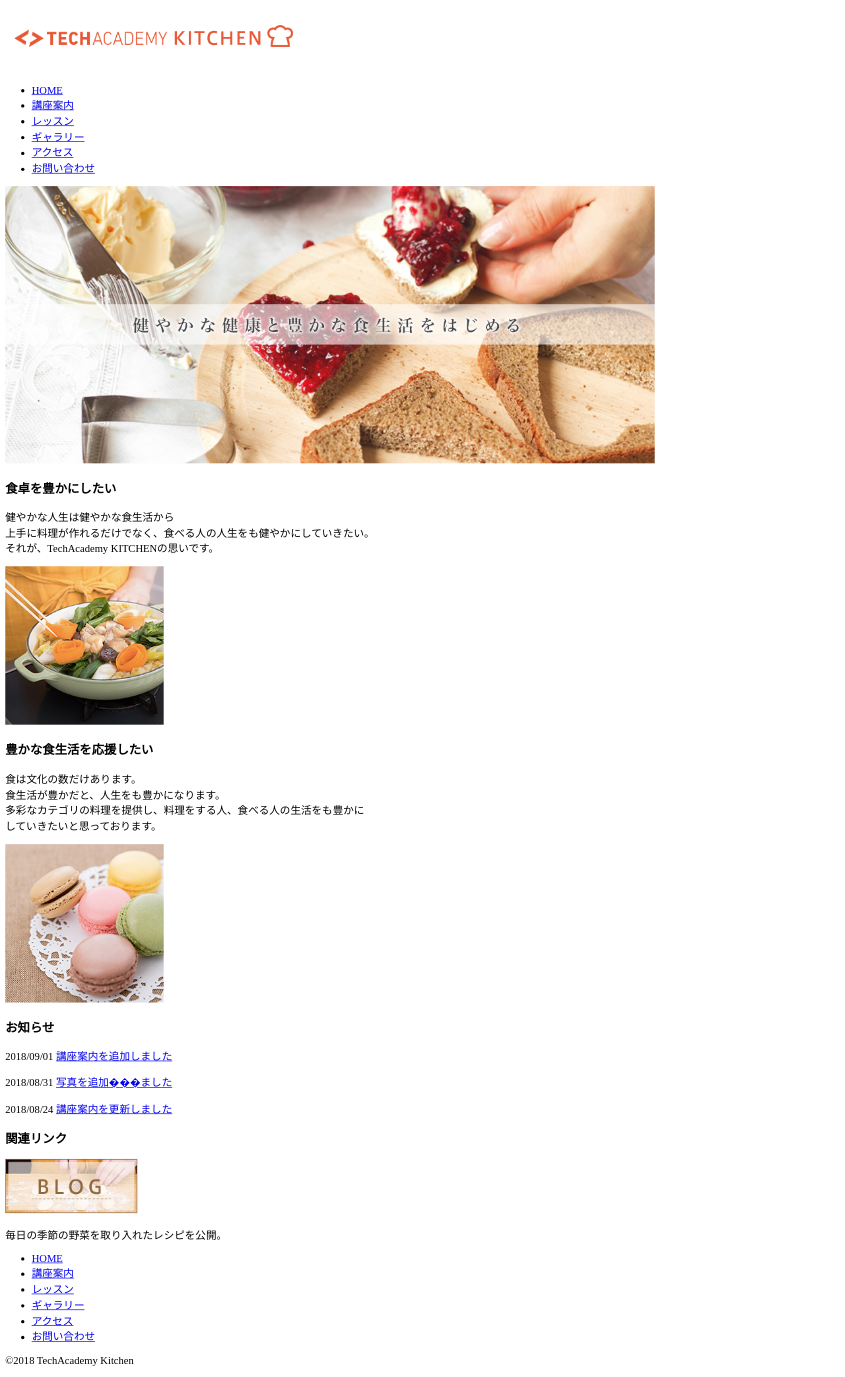
Repository: niwabarubossa/microposts
Page: kitchen.html
The author's editor kept a record of every edit. The page is drawn from the files as they stood at one moment, then again after the next edit.
The browser window is 1280 px wide. The pictures show the whole page, at 66% of full size.

Above is the page before.

After the next edit:
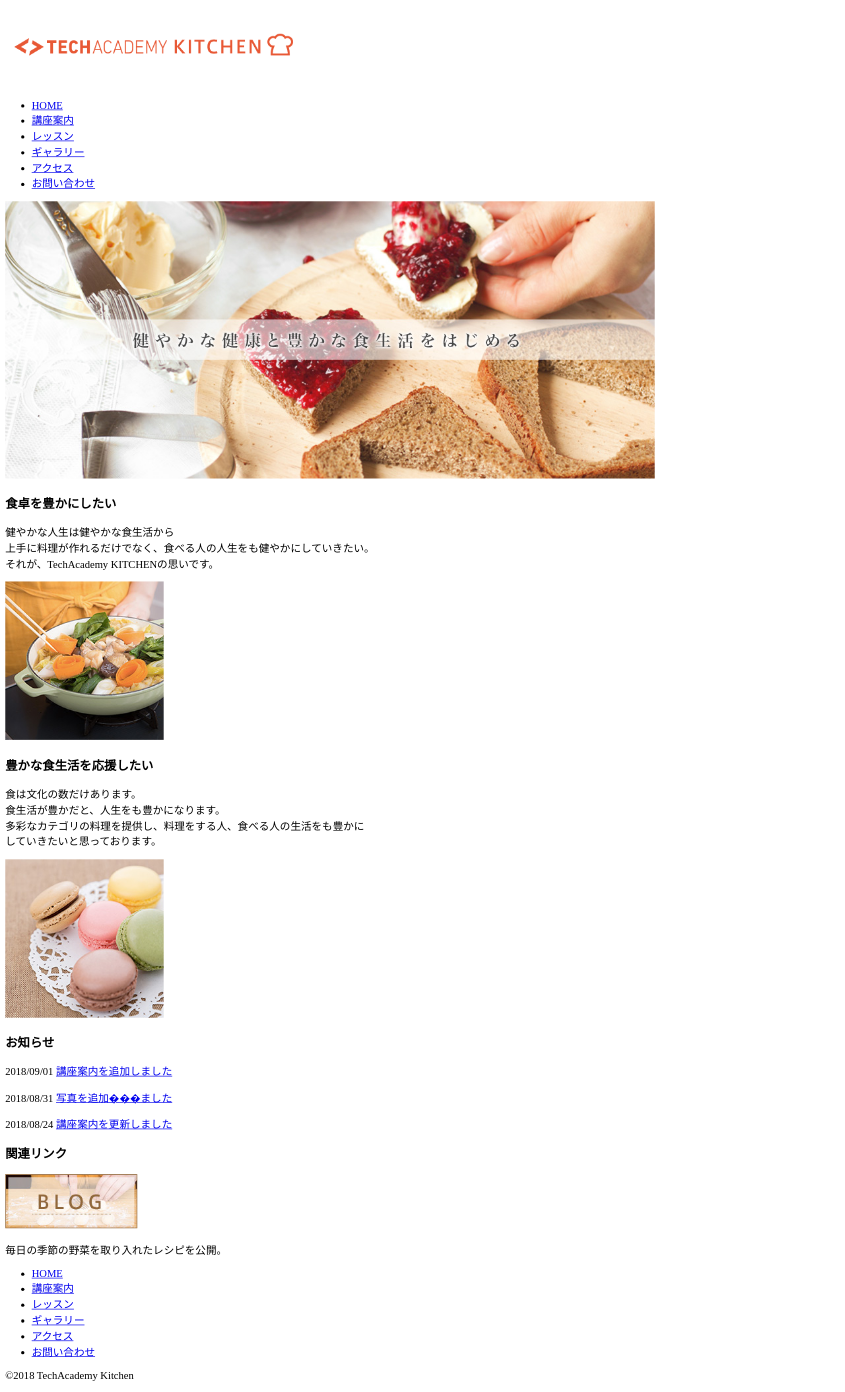
The edit:
--- a/kitchen.html
+++ b/kitchen.html
@@ -7,8 +7,8 @@
     <body>
         <!--ここからヘッダー-->
         <header>
-            <img src="images_kitchen/logo.png" alt="TechAcademy KITCHEN">
-            <nav class="global-nav">
+            <h1><a href="#"><img src="images_kitchen/logo.png" alt="TechAcademy KITCHEN"></a></h1>
+            <nav id="global-nav">
                 <ul class="global-menu">
                     <li><a href="#">HOME</a></li>
                     <li><a href="#">講座案内</a></li>
